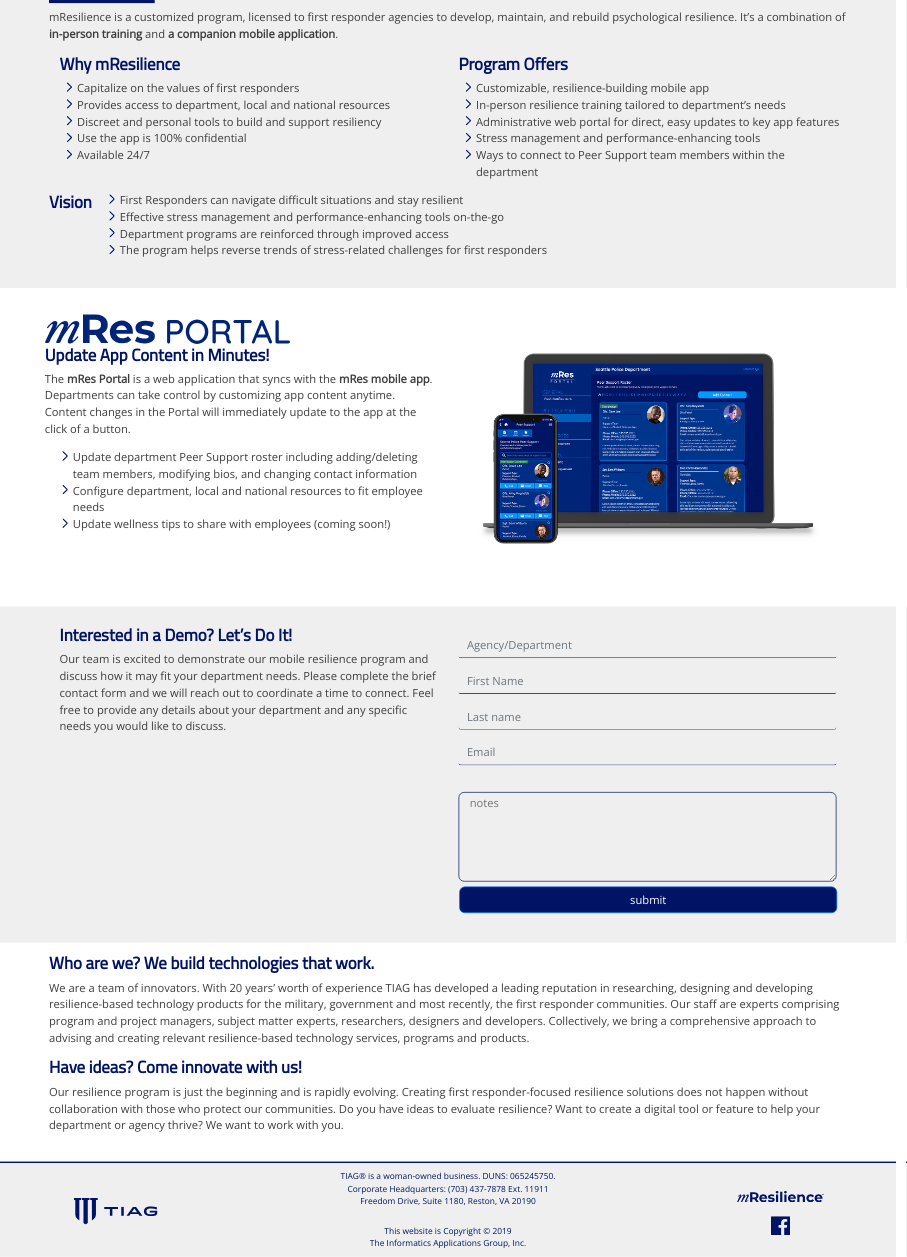
Repository: shenjune/mResilienceWebsite
Page: index.html
These files come from the project's save history. The page is drawn as it stood at one moment and after the next save; the edit follows.
The browser window is 1280 px wide. The page is 1295 px wide, so the pictures cover 1295 px, including what lies to the right of the window. The pictures show the part of the page from y = 1309 to 3189 px (the page is 3104 px tall before and 3189 px after), at 70% of full size.
Some web libraries are served in a nearby version.

Above is the page before, as saved 2019-11-09 13:00:48.

### index.html
<!doctype html>
<html lang="en">
<head>
	<title>TIAG mResilience</title>
	<!-- Required meta tags -->
	<meta charset="utf-8">
	<meta name="viewport" content="width=device-width, initial-scale=1, shrink-to-fit=no">

	<!-- NOTE: moved reset to before all other stylesheets -->
	<link rel="reset" href="./Assets/reset.css">

	<!-- Google Fonts -->
	<link href="https://fonts.googleapis.com/css?family=Titillium+Web&display=swap" rel="stylesheet">
	<link href="https://fonts.googleapis.com/css?family=Open+Sans&display=swap" rel="stylesheet">

	<!-- Bootstrap CSS -->
	<link rel="stylesheet" href="https://stackpath.bootstrapcdn.com/bootstrap/4.3.1/css/bootstrap.min.css" integrity="sha384-ggOyR0iXCbMQv3Xipma34MD+dH/1fQ784/j6cY/iJTQUOhcWr7x9JvoRxT2MZw1T" crossorigin="anonymous">

	<!-- Font Awesome CSS Icons (For cool glyphicons) -->
	<link rel="stylesheet" href="https://maxcdn.bootstrapcdn.com/font-awesome/4.5.0/css/font-awesome.min.css" />

	<!-- CSS Stylesheet -->
	<!-- NOTE: removed `media="screen"` attribute below since there's only one custom stylesheet -->
	<link rel="stylesheet" href="style.css"/>

</head>

<body>

<!-- 01 Nav -->
	<nav class="navbar navbar-expand-lg nav-bg-color navbar-light" id="nav">
		<a class="navbar-brand" href="#">
			<img src="Assets/Images/mResFullLogo1.svg" alt="mResilience Logo" class="img-fluid">
		</a>
		<button class="navbar-toggler" type="button" data-toggle="collapse" data-target="#navbarSupportedContent" aria-controls="navbarSupportedContent" aria-expanded="false" aria-label="Toggle navigation">
			<span class="navbar-toggler-icon"></span>
		</button>

		<!--Start of NavBar links-->
		<div class="collapse navbar-collapse titillium-font" id="navbarSupportedContent">
			<ul class="navbar-nav ml-auto">
			<!--NavBar Main Link-->
				<li class="nav-item">
					<a class="nav-link" href="#main"><h5 class= "secondFont">Main</h5><span class="sr-only">(current)</span></a>
				</li>
				<!--NavBar Why Link-->
				<li class="nav-item">
					<a class="nav-link" href="#why"><h5 class= "secondFont">The Why</h5></a>
				</li>
				<!--NavBar Features Link-->
				<li class="nav-item">
					<a class="nav-link" href="#portal-div"><h5 class= "secondFont">Features</h5></a>
				</li>
				<!--NavBar Contact Link-->
				<li class="nav-item">
					<a class="nav-link" href="#back-form"><h5 class= "secondFont">Contact</h5></a>
				</li>
				<!--NavBar About Link-->
				<li class="nav-item">
					<a class="nav-link" href="#about"><h5 class= "secondFont">About</h5></a>
				</li>
				<!--NavBar Facebook Link-->
				<li class="nav-item" id="nav-fb">
					<a href="https://www.facebook.com/mresilience/"  target= "_blank" class="nav-link"><img src="Assets/Images/Facebook.svg" alt="facebook logo"></a>
				</li>
				<!--NavBar TIAG Link to www.tiag.net-->
				<li class="nav-item" id="nav-tiag">
					<a href="http://tiag.net" target="_blank" class="nav-link"><img src="Assets/Images/TIAGlogo.svg" height="25Spx" alt="TIAG logo"></a>
				</li>
			</ul>
		</div>
	</nav>

	<!-- 02 Main -->
	<div class="row" id="main">
		<div class="col-lg-7 ml-auto col-sm-12">
			<img src="Assets/Images/01MainPhone.png" width="100%">
		</div>
		<div class="align-left col-lg-5 ml-auto ">
			<!-- Beginning header image and opening paragraph -->
			<img src="Assets/Images/mResLogo.svg" alt="mResLogo" class="mobilePadding" id="mResLogo">
			<h4 class="secondFont mobilePadding">
				Mobile App for First Responders
			</h4>
			<p class="lead mobilePadding" id="leadText">A customizable resilience-building app available 24/7 that provides direct access to peer support, department supported resources, and stress management tools.</p>
		</div>

		<div class="col-12" id="mainBottomImage">
			<!-- NOTE: style this image using id or class in the stylesheet -->
			<img src="Assets/Images/02MainFooterImage.png" id="mainBottomImage" alt="image of first responders">
		</div>
	</div>

	<!-- 03 The Why -->
	<div id="why">
		<div class="container">
			<div class="row">
				<div class="col-12">
					<!-- 03A: First Responder Challenges section-->
					<div id= "3A">
						<div class="row" id="challengesHeader">
							<h4 class="invert">First Responder Challenges</h4>
						</div>

						<!-- 03A: First Responder Challenges text -->
						<div class="row" id="challengeStatement">
							<p>First responders put resilience to the test every day. The ability to “bounce back” is critical to do the work of protecting and saving lives. But the challenges of first responder work hit at the core. <strong>Strengthening</strong> and <strongaintaining resilience</strong> are the cornerstone of any prevention program.</p>
						</div>

						<!-- 03A: Bullet Points -->
						<div class="row" id="titles">
							<!-- STRESS SECTION -->
							<div class="col-lg-6 col-sm-12" id="stressSubHeader">
								<h4 class= "secondFont">Effects of Stress & Trauma</h4>
								<!-- STRESS PTS -->
								<div class="row">
								<!-- STRESS BULLET POINTS I-->
									<div class="col-6" >
										<ul class="checkBullets">
											<li>Burnout</li>
											<li>Obesity</li>
											<li>Substance Abuse</li>
											<li>PTSD</li>
											<li>Depression</li>
										</ul>
									</div>
							<!-- STRESS BULLET POINTS PT II-->
									<div class="col-6" >
										<ul class="checkBullets">
											<li>Anxiety</li>
											<li>Domestic Abuse</li>
											<li>Suicide</li>
											<li>Poor cardiac health</li>
											<li>Agitation/Anger</li>
										</ul>
									</div>
								</div>
							</div>

							<!-- DEPARTMENT SECTION -->
							<div class="col-lg-6 col-sm-12" id="challengesSubHeader">
								<h4 class= "secondFont">Department Challenges</h4>
								<div class="row">
								<!-- DEPARTMENT PTS -->
									<div class="col-12" id="challengebullets">
										<ul class= "exPt">
											<li>Impact of stress on productivity, performance and retention</li>
											<li>Cost-effective ways to address the mental challenges of the job</li>
											<li>The stigma against seeking psychological help</li>
										</ul>
									</div>
								</div>
							</div>
						</div>
					</div>
				</div>
			</div>

			<!--03B: The Solution Section-->
			<div id="solutionSection">
				<!-- Solution Title -->
				<div class="row" id="solutionHeader">
					<h4 class="invert">The Solution</h4>
				</div>

				<!-- Solution Statement -->
				<div class="row" id="solutionStatement">
					<p>mResilience is a customized program, licensed to first responder agencies to develop, maintain, and rebuild psychological resilience. It’s a combination of <strong>in-person training</strong> and <strong>a companion mobile application</strong>.</p>
				</div>

				<!-- Solution Bullet Points -->
				<div class="row" id="titles2">
					<div class="col-lg-6 ml-auto col-sm-12" id="whymResSubHeader"><h4 class= "secondFont">Why mResilience</h4>
						<div class="row"  id="whyBullets">
							<ul class= "arrow">
								<li>Capitalize on the values of first responders</li>
								<li>Provides access to department, local and national resources</li>
								<li>Discreet and personal tools to build and support resiliency</li>
								<li>Use the app is 100% confidential</li>
								<li>Available 24/7</li>
							</ul>
						</div>
					</div>

				<!-- <div id="programOffers"> -->
					<div class="col-lg-6 ml-auto col-sm-12" id="programSubHeader">
						<h4 class= "secondFont">Program Offers</h4>
						<div class="row" id="offerBullets">
							<ul class= "arrow">
								<li>Customizable, resilience-building mobile app</li>
								<li>In-person resilience training tailored to department’s needs</li>
								<li>Administrative web portal for direct, easy updates to key app features</li>
								<li>Stress management and performance-enhancing tools</li>
								<li>Ways to connect to Peer Support team members within the department</li>
							</ul>
						</div>
					</div>
				</div>

				<!-- Vision Bullet Points -->
				<div class="row" id="visionSubHeader">
					<h4 class= "secondFont">Vision</h4>
					<ul class= "arrow">
						<li>First Responders can navigate difficult situations and stay resilient</li>
						<li>Effective stress management and performance-enhancing tools on-the-go</li>
						<li>Department programs are reinforced through improved access</li>
						<li>The program helps reverse trends of stress-related challenges for first responders</li>
					</ul>
				</div>
			</div>
		</div>
	</div>

	<!-- 04 PORTAL DIV -->
	<div id= "portal-div">
		<div class="row">
		<!-- div for the portal text -->
			<div class="col-lg-6 ml-auto col-sm-12">
				<img id="portallogo" src="Assets/Images/portallogo2.svg" alt="mResLogo">
				<h4 class= "secondFont">Update App Content in Minutes!</h4>
				<p>The <strong> mRes Portal</strong> is a web application that syncs with the <strong>mRes mobile app</strong>. Departments can take control by customizing app content anytime. Content changes in the Portal will immediately update to the app at the click of a button.</p>

				<ul class="arrow">
					<li>Update department Peer Support roster including adding/deleting team members, modifying bios, and changing contact information</li>
					<li>Configure department, local and national resources to fit employee needs</li>
					<li>Update wellness tips to share with employees (coming soon!)</li>
				</ul>
			</div>

		<!-- div for the Feature images -->
			<div class="col-lg-6 col-sm-12" style = "text-align: center">
				<img id= 'portalImg' src="Assets/Images/portal.png" alt="portalImg">
			</div>
		</div>
	</div>

	<!---- 05 Contact Form ---->
	<div id="back-form">
		<div class="container mobilePadding2">
			<div class="row">
				<div class= "col-lg-6 col-sm-12">
					<h4 class="secondFont">Interested in a Demo? Let’s Do It!</h4>
					<p>Our team is excited to demonstrate our mobile resilience program and discuss how it may fit your department needs. Please complete the brief contact form and we will reach out to coordinate a time to connect. Feel free to provide any details about your department and any specific needs you would like to discuss.</p>
				</div>

				<form class= "col-lg-6 col-sm-12" id="back-form2">
				<!-- INPUT SECTION -->
					<div class="form-group" >
						<!-- Department input -->
						<div class="row input-row">
							<div class="col-lg-12">
								<input type="text" class="form-control input-border" id="user-dept" placeholder="Agency/Department">
							</div>
						</div>

						<!-- First name input -->
						<div class="row input-row">
							<div class="col-lg-12">
								<input type="text" class="form-control input-border" id="user-name" placeholder="First Name">
							</div>
						</div>

						<!-- Last name input -->
						<div class="row input-row">
							<div class="col-lg-12">
								<input type="text" class="form-control input-border" id="user-last-name" placeholder="Last name">
							</div>
						</div>

						<!-- Email input -->
						<div class="row input-row">
							<div class="col-lg-12">
								<input type="email" class="form-control input-border" id="user-email" placeholder="Email">
							</div>
						</div>

						<!-- Notes input -->
						<div class="row">
							<div class="col-lg-12">
								<label for="message"></label>
								<textarea class="col-lg-12" id="message" name="message" required="required" placeholder="notes"></textarea>
							</div>
						</div>

					<!-- Submit button -->
						<div class="row">
							<div class="col-lg-12">
								<button type="submit" class="btn btn-primary" id="send">submit</button>
							</div>
						</div>
					</div>
				</form>
			</div>
		</div>
	</div>

	<!--06 About TIAG goes here-->
	<div id="about">
		<div class="container mobilePadding2">
			<div class="row">
				<div id = "whoWeAre" style="margin-top:15px">
					<h4 class="secondFont">
						<strong>Who are we?</strong>  We build technologies that work.
					</h4>
				</div>
				<div id ="whoWeAreP">
					<p>We are a team of innovators. With 20 years’ worth of experience TIAG has developed a leading reputation in researching, designing and developing resilience-based technology products for the military, government and most recently, the first responder communities. Our staff are experts comprising program and project managers, subject matter experts, researchers, designers and developers. Collectively, we bring a comprehensive approach to advising and creating relevant resilience-based technology services, programs and products.</p>
				</div>

			<div id="haveIdeas">
				<h4 class="secondFont">
					<strong>Have ideas?</strong> Come innovate with us!
				</h4>
			</div>

			<div id="haveIdeasP">
				<p>Our resilience program is just the beginning and is rapidly evolving. Creating first responder-focused resilience solutions does not happen without collaboration with those who protect our communities. Do you have ideas to evaluate resilience? Want to create a digital tool or feature to help your department or agency thrive? We want to work with you.</p>
			</div>
			<br>
			</div>
		</div>
	</div>

	<!-- FOOTER FOR THE WEBSITE -->
	<footer class="footer">
		<div id= "" class="container">
			<div id= "footer-row" class="row">
			<!-- footer conditions in Javascript will reference this div -->
			</div>
		</div>
	</footer>

	<!-- Optional JavaScript -->
	<!-- jQuery first, then Popper.js, then Bootstrap JS -->
	<script src="https://code.jquery.com/jquery-3.1.1.min.js"></script>
	<script src="https://cdnjs.cloudflare.com/ajax/libs/twitter-bootstrap/4.0.0/js/bootstrap.bundle.min.js"></script>

	<!-- commented out to make nytimes api work -->
	<!-- <script src="https://code.jquery.com/jquery-3.3.1.slim.min.js" integrity="sha384-q8i/X+965DzO0rT7abK41JStQIAqVgRVzpbzo5smXKp4YfRvH+8abtTE1Pi6jizo" crossorigin="anonymous"></script> -->
	<script src="https://cdnjs.cloudflare.com/ajax/libs/popper.js/1.14.7/umd/popper.min.js" integrity="sha384-UO2eT0CpHqdSJQ6hJty5KVphtPhzWj9WO1clHTMGa3JDZwrnQq4sF86dIHNDz0W1" crossorigin="anonymous"></script>
	<script src="https://stackpath.bootstrapcdn.com/bootstrap/4.3.1/js/bootstrap.min.js" integrity="sha384-JjSmVgyd0p3pXB1rRibZUAYoIIy6OrQ6VrjIEaFf/nJGzIxFDsf4x0xIM+B07jRM" crossorigin="anonymous"></script>

	<!-- script link to send email from contact form to tiag -->
	<script src="https://smtpjs.com/v3/smtp.js"></script>
	<script src="script.js"></script>

</body>
</html>

### style.css
/* BODY */

body {
    /*  APPLIES OPEN SANS WITH GREY COLOR TO WHOLE PAGE */
    /*  Desired effect is making all text the grey and sans */
    font-family: 'Open Sans', sans-serif;
    color: #3e3e3e;
    width: 100%;
    font-weight: normal;
}

/*  CLASS FOR TITILLIUM FONT WITH BLUE COLOR */

.secondFont {
    font-family: 'Titillium Web', sans-serif;
    color: #001365;
    font-weight: bold;
}

/*  CLASS FOR INVERTED HEADER */

.invert {
    margin-top: 15px;
    font-family: 'Titillium Web', sans-serif;
    color: #eeeeee;
    background-color: #001365;
    padding: 10px;
    padding-left: 15px;
}

/* 01 Nav */

/*scroll-behavior animation for Chrome and FoxFire*/
html {
    scroll-behavior: smooth;
}

#nav{
    position: fixed;
    z-index: 1;
}

nav {
    background-color: #efefef;
    border-bottom: 2px solid #001365;
    top: 0;
    width: 100%;
}

.nav-link {
    margin-right: 15px;
    padding: 5px;
    margin-top: 0px;
    align-items: center;
    justify-content: center;
    }

.nav-link h5:hover {
    font-family: 'Titillium Web', sans-serif;
    color: #eeeeee;
    background-color: #001365;
    }


/* 02 Main Section */

div#main.row{
    margin-top: 8%;
}

#main h4 {
    margin-top: 30px;
}

#mResLogo {
    margin-top: 5%;
}

#mainBottomImage {
    width: 100%;
    height: auto;
    margin: 0 auto;
    position: relative;
    top: 0;
    bottom:0;
    z-index: -1;
}
/* White mResilience Logo that overlays on the people picture under the mobile app image in 02. Main section*/
/*div img#whiteLogo {
    margin: 10% 35%;
    position: absolute;
} */

/* 03 The Why Section */

#why {
    background:#efefef;
    padding-bottom: 2%;
}

.checkBullets {
    list-style-image: url('Assets/Images/02checkmark.svg');
}

.exPt {
    list-style-image: url('Assets/Images/02exclamation.svg');
}

.arrow {
    list-style-image: url('Assets/Images/02arrow.svg')
}

/* 04 Portal Section*/

#portal-div {
    color:#3e3e3e;
    background:white;
    width:100%;
    padding-top: 2%;
    padding-left: 5%;
    padding-right: 5%;
    padding-bottom:5%;
}

#portallogo {
    height: 12%;
    margin-top: 2%;

}

#portalImg {
    width:100%;
    height:auto;
    padding-top: 8%;
    padding-right:3%;
}

/* 05 contact form */

#back-form {
    background:#efefef;
    padding-top: 2%;
    padding-bottom: 2%;
}
div.container div.row h4.secondFont{
    padding-top: 0%;
}

div.container div.row form#back-form.col-lg-6.col-sm-12{
    padding-top:2%;
    padding-left: 0%;
}
/* 05 Contact form border & background color by ID */

.input-row {
    margin-top:10px;
    margin-bottom:10px;
}

#user-dept {
    background:#efefef;
}

#user-name {
    background:#efefef;
}

#user-last-name {
    background:#efefef;
}

#user-email {
    background:#efefef;
}

#message{
    border-radius: 8px;
    height: 8em;
    border: 1.5px solid #001365;
    background:#efefef;
}

.input-border {
    border-style: none;
    border-bottom: 1.5px solid #001365;
    margin-bottom: .20em;
}

#send{
    width: 100%;
    margin: 1px;
    background-color: #001365;
    border-radius:8px;
}

#send:hover{
    background-color: #EFEFEF;
    color:#001365;
}

/*Footer*/
.footer {
    border-top: 2px solid #001365;
    padding: 10px;
    bottom: 0;
    width: 100%;
    background: #efefef;
    text-align: center;
    color: #001365;
    float: left;

}

.pFooter {
    font-size: 12px;
    margin: 0px;
    line-height: 1.5em;
}

.footerImage {
    padding: 10px;
    margin-left: auto;
    margin-right: auto;
}

h3 {
    color: #001365;
}

/* when the screen is mobile the padding for the 02 Main section and 06 About sections are given more space for readability */
@media only screen and (max-width:600px){
    .mobilePadding {
        padding-left:13%;
        padding-right: 5%;
    }

    .mobilePadding2 {
        padding-left: 8%;
        padding-right: 5%;
    }

    #portallogo {
        height: 10%;
        padding-bottom: 3%;
    }
};

/* when the screen is for a desktop the padding for the 02 Main is change for nicer visual spacing */
@media only screen and (min-width: 768px) {
    #leadText {
        padding-right: 15%;
    }

    #portallogo {
        height: 12%;
        padding-bottom: 3%;
    }
};

Loaded but not shown: script.js (135 lines, source omitted)

After the next save:
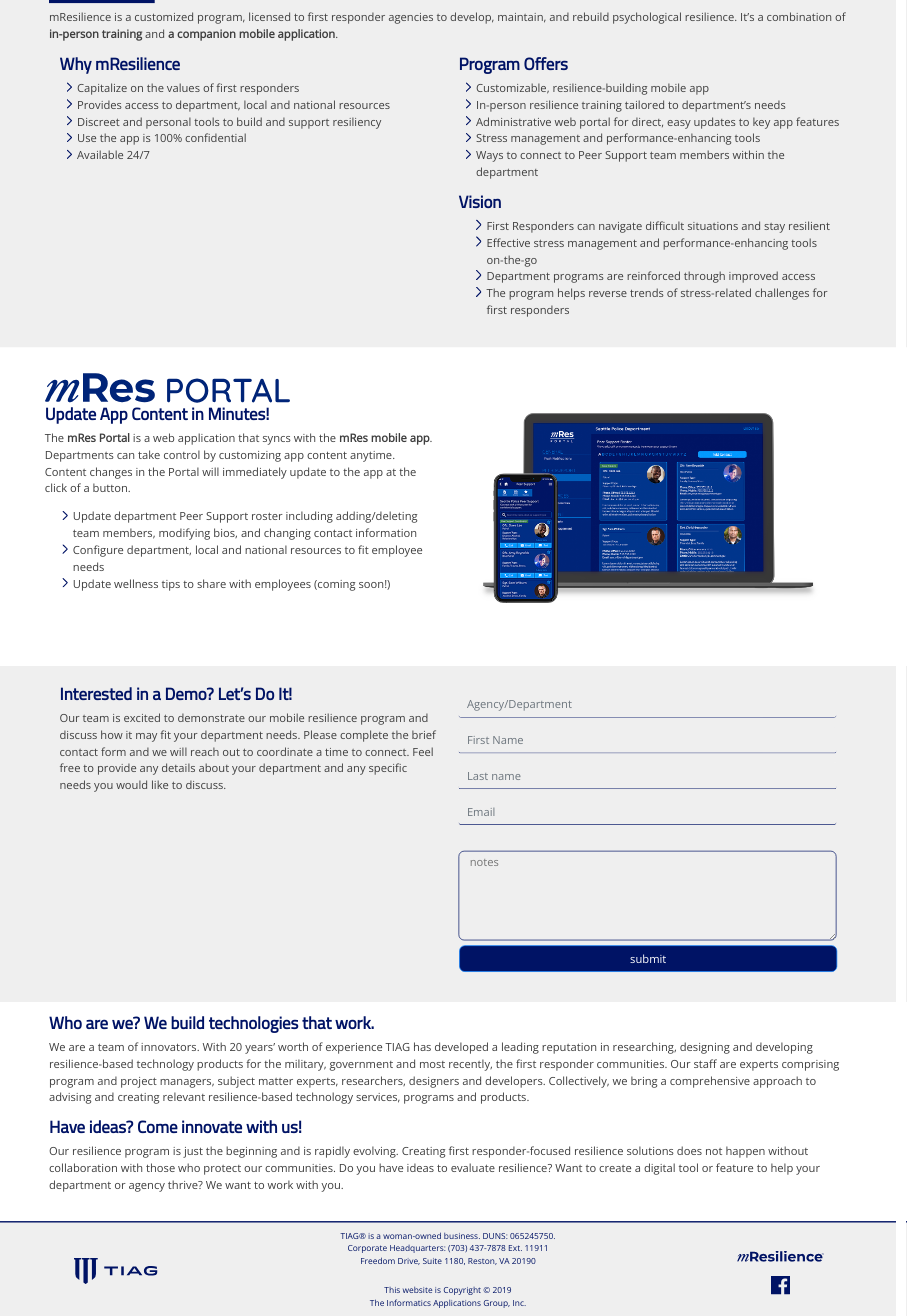
Saved 116 s later.
--- a/index.html
+++ b/index.html
@@ -198,14 +198,16 @@
 				</div>
 
 				<!-- Vision Bullet Points -->
-				<div class="row" id="visionSubHeader">
-					<h4 class= "secondFont">Vision</h4>
-					<ul class= "arrow">
-						<li>First Responders can navigate difficult situations and stay resilient</li>
-						<li>Effective stress management and performance-enhancing tools on-the-go</li>
-						<li>Department programs are reinforced through improved access</li>
-						<li>The program helps reverse trends of stress-related challenges for first responders</li>
-					</ul>
+				<div class="row">
+					<div class="col-lg-6 ml-auto col-sm-12" id="visionSubheader">
+						<h4 class= "secondFont">Vision</h4>
+						<ul class= "arrow">
+							<li>First Responders can navigate difficult situations and stay resilient</li>
+							<li>Effective stress management and performance-enhancing tools on-the-go</li>
+							<li>Department programs are reinforced through improved access</li>
+							<li>The program helps reverse trends of stress-related challenges for first responders</li>
+						</ul>
+					</div>
 				</div>
 			</div>
 		</div>
